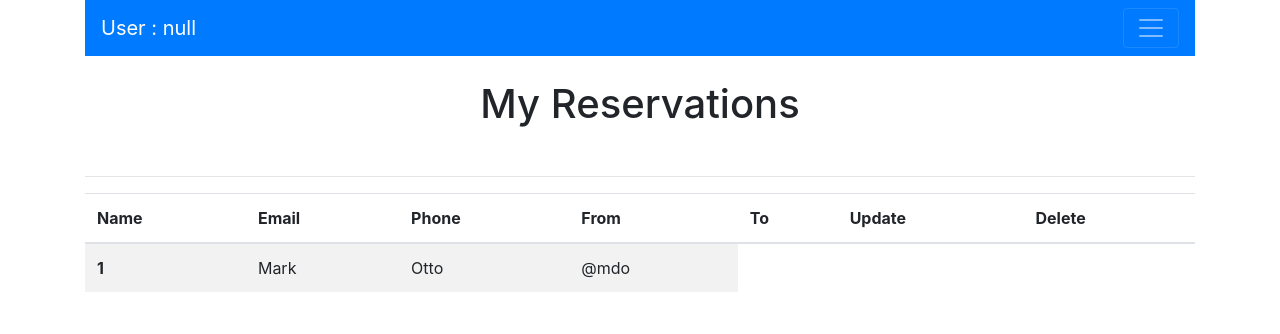
Repository: SachinUthpala/Railway-Reservation
Page: http://localhost/Railway/My_res_sv
The author's editor kept a copy of each file at every save. The page is drawn from the files as they stood at one save, then again after the next save.
The browser window is 1280 px wide. The pictures show the whole page.
Some web libraries are served in a nearby version. The page is served by Tomcat 9. Other server files are loaded and not shown. Queries for data that is not in the repository find no rows.

Above is the page before, as saved 2023-05-21 06:35:33.

### Railway/src/main/webapp/Reserve/myReservation.jsp
<%@page import="org.apache.catalina.Session"%>
<%@ page language="java" contentType="text/html; charset=UTF-8"
    pageEncoding="UTF-8"%>

    <%
    String Username;
    Username = (String)session.getAttribute("user_name");
    System.out.println("\n Username :"+Username);
    %>
<!DOCTYPE html>
<html>
<head>
<meta charset="UTF-8">
<title>My Resavation</title>
<!-- Boostrap linked files -->
<link rel="stylesheet" href="https://cdn.jsdelivr.net/npm/bootstrap@4.0.0/dist/css/bootstrap.min.css" integrity="sha384-Gn5384xqQ1aoWXA+058RXPxPg6fy4IWvTNh0E263XmFcJlSAwiGgFAW/dAiS6JXm" crossorigin="anonymous">
<!-- Boostrap linked files -->
</head>
<body>
<!-- Nav Bar -->

<div class="container">


  <nav class="navbar navbar-dark bg-primary" style="display:flex;flex-direction: row;justify-content: space-between;" >
  <a class="navbar-brand" href="#">User : <%=Username %></a>
  <button class="navbar-toggler" type="button" data-toggle="collapse" data-target="#navbarSupportedContent" aria-controls="navbarSupportedContent" aria-expanded="false" aria-label="Toggle navigation">
    <span class="navbar-toggler-icon"></span>
  </button>

  <div class="collapse navbar-collapse" id="navbarSupportedContent">
    <ul class="navbar-nav mr-auto">
      <li class="nav-item active">
        <a class="nav-link" href="#">Home</a>
      </li>

    </ul>

  </div>
</nav>


</div>

<!-- End of Nav Bar -->
<br>
<div class="container">
<h1> <center>My Reservations</center> </h1>
<br>
<hr style="border:2px solid #0000000;">
<table class="table table-striped">
  <thead>
    <tr>
      <th scope="col">Name</th>
      <th scope="col">Email</th>
      <th scope="col">Phone</th>
      <th scope="col">From</th>
      <th scope="col">To</th>
      <th scope="col">Update</th>
      <th scope="col">Delete</th>
    </tr>
  </thead>
  <tbody>
    <tr>
      <th scope="row">1</th>
      <td>Mark</td>
      <td>Otto</td>
      <td>@mdo</td>
    </tr>
  </tbody>
</table>



</div>





<!-- Boostrap linked files -->
<script src="https://code.jquery.com/jquery-3.2.1.slim.min.js" integrity="sha384-KJ3o2DKtIkvYIK3UENzmM7KCkRr/rE9/Qpg6aAZGJwFDMVNA/GpGFF93hXpG5KkN" crossorigin="anonymous"></script>
<script src="https://cdn.jsdelivr.net/npm/popper.js@1.12.9/dist/umd/popper.min.js" integrity="sha384-ApNbgh9B+Y1QKtv3Rn7W3mgPxhU9K/ScQsAP7hUibX39j7fakFPskvXusvfa0b4Q" crossorigin="anonymous"></script>
<script src="https://cdn.jsdelivr.net/npm/bootstrap@4.0.0/dist/js/bootstrap.min.js" integrity="sha384-JZR6Spejh4U02d8jOt6vLEHfe/JQGiRRSQQxSfFWpi1MquVdAyjUar5+76PVCmYl" crossorigin="anonymous"></script>
<!-- Boostrap linked files -->
</body>
</html>

### Railway/src/main/java/Reservation/My_res_sv.java
package Reservation;

import java.io.IOException;

import javax.servlet.RequestDispatcher;
import javax.servlet.ServletException;
import javax.servlet.annotation.WebServlet;
import javax.servlet.http.HttpServlet;
import javax.servlet.http.HttpServletRequest;
import javax.servlet.http.HttpServletResponse;

/**
 * Servlet implementation class My_res_sv
 */
@WebServlet("/My_res_sv")
public class My_res_sv extends HttpServlet {
	private static final long serialVersionUID = 1L;


	protected void doGet(HttpServletRequest request, HttpServletResponse response) throws ServletException, IOException {
		// TODO Auto-generated method stub

		request.setAttribute("My_current_res", new Curr_res_dao().selectAll());

		RequestDispatcher rd = request.getRequestDispatcher("Reserve/myReservation.jsp");
		rd.forward(request, response);

	}


}

### Railway/src/main/java/Reservation/Curr_res_dao.java
package Reservation;

import java.sql.PreparedStatement;
import java.sql.ResultSet;
import java.sql.SQLException;
import java.util.ArrayList;

public class Curr_res_dao {
	public ArrayList<My_current_res> selectAll() {

		ArrayList<My_current_res> res_all = new ArrayList<>();

		DbConnection new_con = new DbConnection();

		String sql = "select * from user_reservation";

		try {
			PreparedStatement stmt;
			stmt = new_con.getConnection().prepareStatement(sql);
			ResultSet res = stmt.executeQuery();

			while(res.next()) {

				My_current_res res_ve = new My_current_res();

				res_ve.setRid(res.getInt(1));
				res_ve.setRname(res.getString(2));
				res_ve.setRemail(res.getString(3));
				res_ve.setRphone(res.getString(4));
				res_ve.setRpax(res.getString(5));
				res_ve.setRfrom(res.getString(6));
				res_ve.setRto(res.getString(7));


				res_all.add(res_ve);



			}

		} catch (SQLException e) {
			// TODO Auto-generated catch block
			e.printStackTrace();
		}

		return res_all;

	}
}

### Railway/src/main/java/Reservation/DbConnection.java
/*creating database connection to the reservation packahe*/

package Reservation;

import java.sql.Connection;
import java.sql.DriverManager;
import java.sql.SQLException;

public class DbConnection {

	 String url = "jdbc:mysql://localhost:3306/Railway";
	 String db_uname = "root";
	 String db_password = "Sachin-123";

	 public Connection getConnection() {

		 try {
			Connection con = DriverManager.getConnection(url,db_uname,db_password);
			 System.out.println("Database Connection Sucessfull");//only a massage

			 Class.forName("com.mysql.cj.jdbc.Driver");
			 System.out.println("Driver connection Sucessfull");//only a massage

			 return con;
		} catch (ClassNotFoundException e) {
			// TODO Auto-generated catch block
			e.printStackTrace();
		} catch (SQLException e) {
			// TODO Auto-generated catch block
			e.printStackTrace();
		}

		 return null;
	 }
}

After the next save:
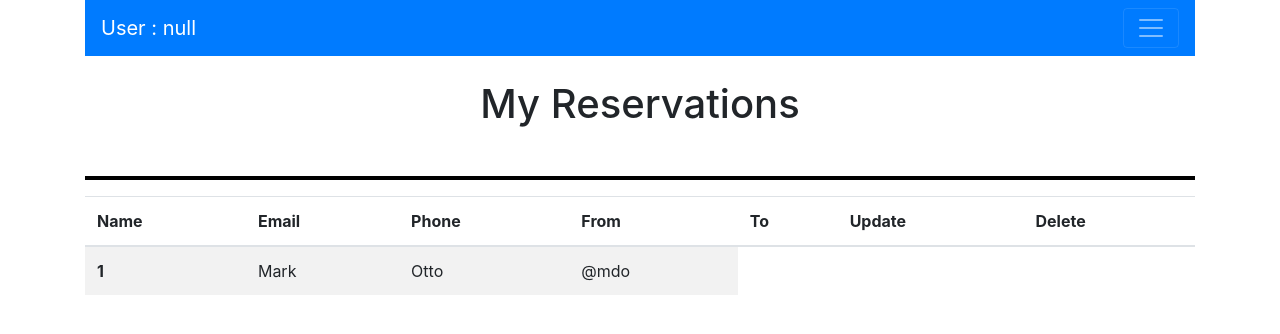
Saved 45 s later.
--- a/Railway/src/main/webapp/Reserve/myReservation.jsp
+++ b/Railway/src/main/webapp/Reserve/myReservation.jsp
@@ -47,7 +47,7 @@
 <div class="container">
 <h1> <center>My Reservations</center> </h1>
 <br>
-<hr style="border:2px solid #0000000;">
+<hr style="border: 2px solid #000000;">
 <table class="table table-striped">
   <thead>
     <tr>
